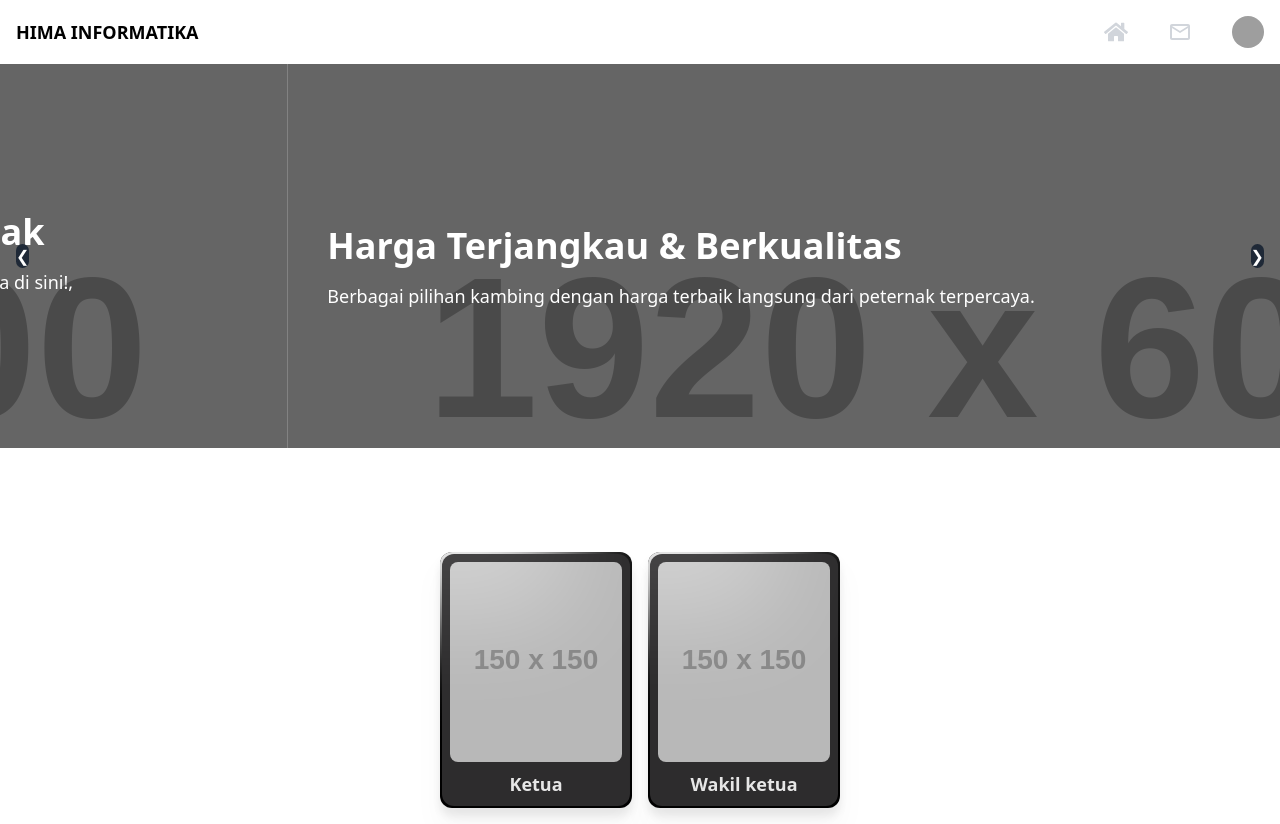
Repository: MUHAMADTEGARWIJAYA/himaif
Page: /
An editor plug-in stored every save of this project. The page is shown before and after the next save, followed by the edit.
The browser window is 1280 px wide. The pictures show the whole page.
Pictures or frames that could not be fetched are drawn as grey boxes. The project was rebuilt for these pictures with package versions that can differ from the ones it lists, and the page was loaded fresh each time. Also part of the build but not shown: vite.config.js.

Above is the page before, as saved 2024-12-21 14:03:06.

After the next save:
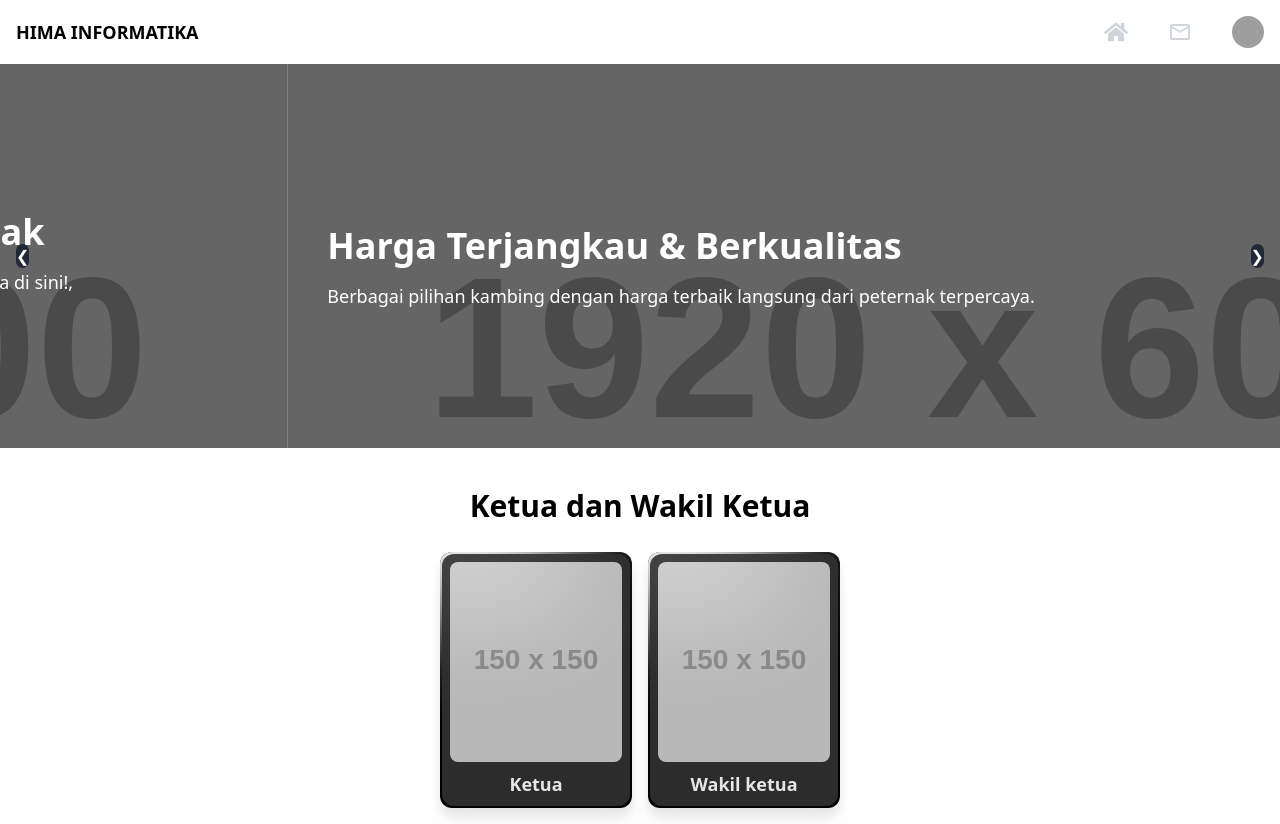
Saved 11 s later.
--- a/src/pages/Members.jsx
+++ b/src/pages/Members.jsx
@@ -37,7 +37,7 @@ const App = () => {
 
   return (
     <div className=" ">
-       <h1 className="text-3xl font-semibold mt-10 text-center bg-clip-text text-white">
+       <h1 className="text-3xl font-semibold mt-10 text-center bg-clip-text text-black">
         Ketua dan Wakil Ketua
         </h1>
                     {/*Ketua dan wakil  */}
